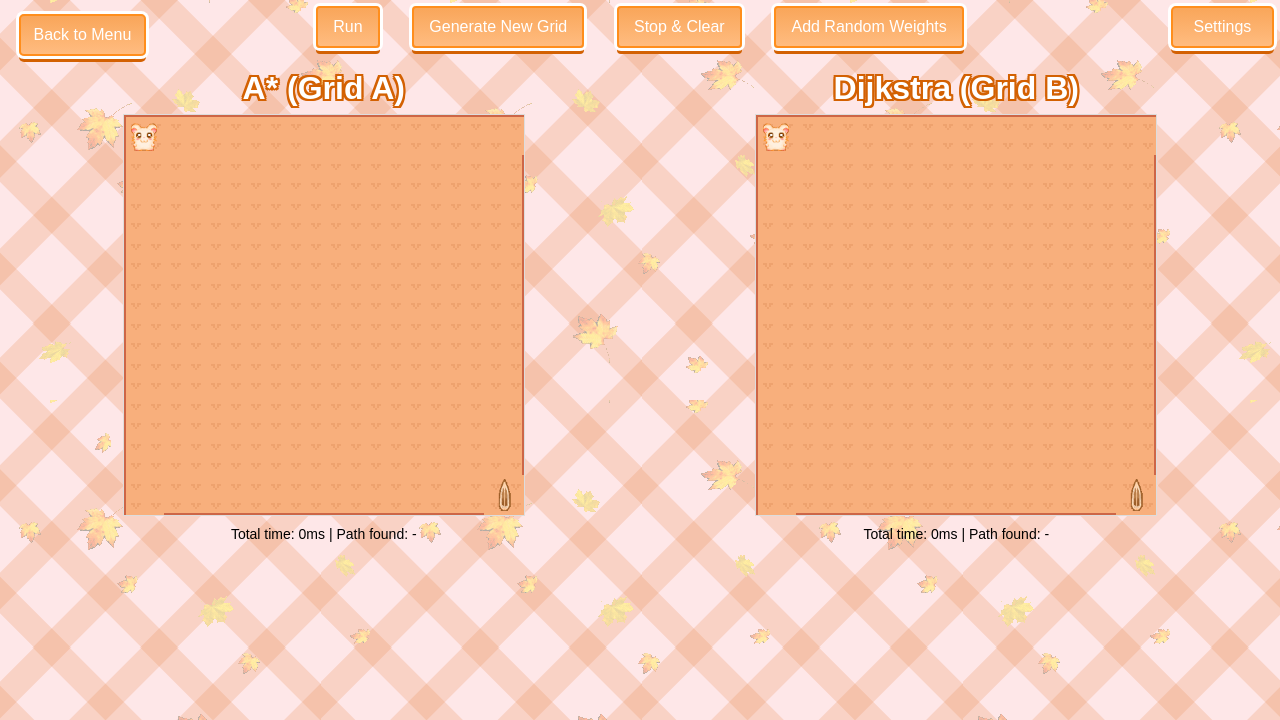
Repository: ramosfranz/Hamster-Crossing
Page: src/game.html
These files come from the project's save history. The page is drawn as it stood at one moment and after the next save; the edit follows.
The browser window is 1280 px wide. The pictures show the whole page.
Some web fonts or font styles are not loaded; a fallback is used.

Above is the page before, as saved 2025-05-14 20:30:56.

### src/game.html
<!DOCTYPE html>
<html lang="en">
<head>
    <meta charset="UTF-8">
    <meta name="viewport" content="width=device-width, initial-scale=1.0">
    <link rel="preconnect" href="https://fonts.googleapis.com">
    <link rel="preconnect" href="https://fonts.gstatic.com" crossorigin>
    <link href="https://fonts.googleapis.com/css2?family=Jersey+10+Charted&family=Jersey+20&family=Jersey+25+Charted&display=swap" rel="stylesheet">
    <title>Hamster Crossing</title>
    <link rel="icon" type="image/x-icon" href="assets/images/favicon.ico">
    <link rel="stylesheet" href="styles/gameStyle.css">
</head>
<body>
    <div class="header-buttons">
        <a class="pixelButton" id="backButton" href="hamsterMenu.html">Back to Menu</a>
        <button class="pixelButton" id="settingsButton">Settings</button>
    </div>

    <!-- Settings Popup -->
    <div id="settingsPopup" class="popup">
        <div class="popup-content">
            <span class="close-popup">&times;</span>
            <h3>Settings</h3>

            <div class="setting-item">
                <label for="volumeSlider">Adjust Volume:</label>
                <input type="range" id="volumeSlider" min="0" max="100" value="50" class="theme-slider">
            </div>


            <div class="setting-item">
                <label>Number of Grids: <span class="grid-count-value">2</span></label>
                <div class="grid-count-container">
                    <input type="range" id="gridCount" min="1" max="5" value="2" class="theme-slider">
                </div>
            </div>

            <div id="gridSettings">
                <!-- Grid settings will be added here dynamically -->
            </div>

            <button class="pixelButton" id="applySettings">Apply Settings</button>
        </div>
    </div>
    <div id="controls">
        <button class="pixelButton" id="runButton">Run</button>
        <button class="pixelButton" id="generateButton">Generate New Grid</button>
        <button class="pixelButton" id="clearButton">Stop & Clear</button>
        <button class="pixelButton" id="addWeightsButton">Add Random Weights</button>
    </div>

    <button id="stopButton">Stop and Clear Searching</button>

    <div id="grids-container">
        <!-- Grids will be added here dynamically -->
    </div>

    <script type="module" src="js/app.js"></script>
</body>
</html>

### src/styles/gameStyle.css
:root {
    --outline: #ff8e1c;
    --shadow: #d36102;
    --gradient: linear-gradient(to bottom, #f9a65a, #ffbc80);
    --hover-gradient: linear-gradient(to bottom, #ffa9b8, #ff605f);
    --hover-outline:#ff1a14;
    --button-bg: var(--gradient);
    --button-hover-bg: var(--hover-gradient);
    --box-shadow: 0 0 0 3px white, 0 6px var(--shadow);
    --btn-radius: 4px;
    --font-family: "Jersey 20", sans-serif;
    --text-color: white;
}

html, body {
    font-family: "Jersey 20", sans-serif;
    margin: 0;
    padding: 0;
    height: 100%;
    scroll-behavior: smooth;
    background-image:  url(../assets/images/backgrounds/bg_hamu.png);
    background-size: auto, auto, 20%;
    background-repeat: auto, auto, space;
    image-rendering: pixelated;
}


.pixelButton {
    /* Remove fixed width and adjust padding */
    display: inline-block;  /* Changed from default button display */
    font-size: 1rem;
    color: var(--text-color);
    border-radius: var(--btn-radius);
    border: 2px solid var(--outline);
    background: var(--button-bg);
    box-shadow: var(--box-shadow);
    cursor: pointer;
    text-align: center;
    font-family: var(--font-family);
    white-space: nowrap;   /* Prevents text from wrapping */
    transition: transform 0.1s ease, box-shadow 0.1s ease;
    image-rendering: pixelated;
    margin: 0.5%;
    /* Remove width: 100% */
}

.pixelButton:hover {
    background: linear-gradient(to bottom, #ffa9b8, #ff605f);
    border-color: #ff1a14;
}

.pixelButton:active {
    transform: translateY(4px);
    box-shadow: 0 0 #000;
}

h3 {
   margin: 0 auto;
    padding-bottom: 1.9%;
    font-size: 2rem;
    text-align: center;
    text-shadow:
        -2px -2px 0 var(--shadow),
        2px -2px 0 var(--shadow),
        -2px 2px 0 var(--shadow),
        2px 2px 0 var(--shadow),
        0px -2px 0 var(--shadow),
        0px 2px 0 var(--shadow),
        -2px 0px 0 var(--shadow),
        2px 0px 0 var(--shadow);
    color: white;
}

#controls {
    display: flex;
    justify-content: center;
    gap: 20px;
    flex-wrap: wrap;
}
#grids-container {
    display: flex;
    flex-wrap: wrap;
    justify-content: center;
    gap: 20px;
}
.canvas-container {
    display: flex;
    flex-direction: column;
    align-items: center;
    position: relative;
}
.timer {
    margin-top: 10px;
    font-size: 14px;
    text-align: center;
}
#warning {
    color: red;
    font-weight: bold;
    margin: 10px 0;
    text-align: center;
}
#stopButton {
    display: none;
    padding: 10px;
    background-color: red;
    color: white;
    border: none;
    cursor: pointer;
    border-radius: 5px;
    margin: 0 auto;
}
#backButton {
    width: 8%;
    position: fixed;
    left: 1%;
    top: 1%;
    padding: 10px;
    cursor: pointer;
    text-decoration: none;
    font-size: 16px;
    border-radius: 5px;
}

#settingsButton {
    position: fixed;
    width: 8%;
    right: -0%;
    padding: 10px;
    border-radius: 5px;
    cursor: pointer;
    font-size: 16px;
}

button {
    padding: 10px 15px;
    background-color: #4CAF50;
    color: white;
    border: none;
    border-radius: 4px;
    cursor: pointer;
    font-size: 16px;
}
button:hover {
    background-color: #45a049;
}
button:disabled {
    background-color: #cccccc;
    cursor: not-allowed;
}
.weight {
    position: absolute;
    font-size: 10px;
    font-weight: bold;
    color: black;
    pointer-events: none;
}

.header-buttons {
    display: flex;
    justify-content: space-between;
}


.popup {
    display: none;
    position: fixed;
    top: 0;
    left: 0;
    width: 100%;
    height: 100%;
    background-color: rgba(0,0,0,0.5);
    z-index: 1000;
}

.popup-content {
    background-color:#fff9e6;
    border: 4px solid var(--outline);
    border-radius: 10px;
    margin: 10% auto;
    padding: 20px;
    width: 50%;
    max-width: 500px;
    border-radius: 8px;
    position: relative;
}

.close-popup {
    position: absolute;
    top: 10px;
    right: 20px;
    font-size: 24px;
    cursor: pointer;
}

.setting-item {
    margin: 15px 0;
}

#volumeSlider {
    width: 95%;
}

.theme-slider {
  -webkit-appearance: none;
  width: 100%;
  height: 8px;
  background: rgba(255, 255, 255, 0.2);
  border-radius: 4px;
  outline: none;
  margin: 10px 0;
}

.theme-slider::-webkit-slider-thumb {
  -webkit-appearance: none;
  width: 20px;
  height: 20px;
  background: var(--outline);
  border-radius: 50%;
  cursor: pointer;
  border: 2px solid white;
  transition: all 0.2s ease;
}

.theme-slider::-webkit-slider-thumb:hover {
  transform: scale(1.1);
  box-shadow: 0 0 5px var(--hover-outline);
}

.theme-slider::-webkit-slider-runnable-track {
  background: var(--gradient);
  border-radius: 4px;
}

/* Firefox support */
.theme-slider::-moz-range-thumb {
  background: var(--outline);
  border-radius: 50%;
  cursor: pointer;
  border: 2px solid white;
}

.theme-slider::-moz-range-track {
  height: 8px;
  background: rgba(255, 255, 255, 0.2);
  border-radius: 4px;
}

.theme-slider::-moz-range-progress {
  height: 8px;
  background: var(--gradient);
  border-radius: 4px;
}

.setting-item label {
    display: block;
    margin-bottom: 5px;
    font-weight: bold;
}

.setting-item input[type="range"],
.setting-item select,
.setting-item input[type="number"] {
    width: 100%;
    padding: 8px;
    border: 1px solid #ddd;
    border-radius: 4px;
}

#applySettings {
    margin-top: 20px;
    padding: 10px 15px;
    background-color: #4CAF50;
    color: white;
    border: none;
    border-radius: 4px;
    cursor: pointer;
    width: 100%;
}

#applySettings:hover {
    background-color: #45a049;
}

.grid-algorithm-select {
    margin-top: 10px;
}


.popup-content {
    width: 90%;
    max-width: 400px;
    margin: 5% auto;
    padding: 15px;
}

label {
    color: var(--outline);
    size: 2rem;
}

#gridCount {
    width: 100%;
    margin-top: 5px;
}

.grid-count-container {
    display: flex;
    align-items: center;
    gap: 10px;
}

.grid-count-value {
    font-weight: bold;
}

#grids-container {
    display: grid;
    grid-template-columns: repeat(auto-fit, minmax(200px, 1fr));
    gap: 15px;
    padding: 15px;
    width: 100%;
    box-sizing: border-box;
    justify-content: center;
}

/* Grid selection layout */
.grid-selection-row {
    display: flex;
    gap: 15px;
    margin-bottom: 15px;
}

.grid-selection-item {
    flex: 1;
    min-width: 120px;
}

.grid-selection-item.disabled {
    opacity: 0.6;
    pointer-events: none;
}

.grid-selection-item label {
    display: block;
    margin-bottom: 5px;
}

.grid-selection-item select {
    width: 100%;
    padding: 6px;
    border: 1px solid #ddd;
    border-radius: 4px;
    background: white;
}

.grid-selection-item.disabled select {
    background: #f5f5f5;
}

.canvas-container {
    position: relative;
    width: 100%;
    max-width: 400px;
    margin: 0 auto;
}


.canvas-container canvas {
    width: 100%;
    height: auto;
    aspect-ratio: 1;
    border: 1px solid #ddd;
}

@media (max-width: 600px) {
    #grids-container {
        grid-template-columns: 1fr;
    }

    .popup-content {
        width: 90%;
        margin: 20px auto;
    }
}

@media (min-width: 601px) and (max-width: 1200px) {
    #grids-container {
        grid-template-columns: repeat(auto-fit, minmax(250px, 1fr));
    }
}

### src/js/app.js
import { initializeGrid } from './manager/gridManager.js';
import { setupEventListeners, renderGrids } from './manager/domManager.js';
import { setupSettingsEventListeners } from './popup/settingsPopUp.js';
import { drawGrid, initializeVisualizer } from './animation/visualizer.js';
import { loadSeedImages, startSeedAnimation } from './animation/seedAnimation.js';
import { settings } from './manager/stateManager.js';
import audioManager from './manager/audioManager.js';

export function init() {
     settings.load();
    loadSeedImages(() => {
        startSeedAnimation();
    });
    setupSettingsEventListeners();
    setupEventListeners();
    initializeGrid();
    initializeVisualizer();
    renderGrids();
    drawGrid();


    window.addEventListener('resize', () => {
        drawGrid();
    });
}

document.addEventListener('DOMContentLoaded', init);

### src/js/manager/gridManager.js
import { drawGrid } from '../animation/visualizer.js';

export const rows = 10;
export const cols = 10;
export const start = { x: 0, y: 0 };
let grid = [];
let goal = { x: cols - 1, y: rows - 1 };

export function getGrid() { return grid; }
export function getGoal() { return goal; }
export function getStart() { return start; }

export function setGoal(newGoal) {
    // Clear old goal cell
    const oldGoal = goal;
    grid[oldGoal.y][oldGoal.x] = {
        ...grid[oldGoal.y][oldGoal.x],
        wall: false,
        weight: 1
    };

    // Set new goal
    goal = newGoal;

    // Update new goal cell
    grid[newGoal.y][newGoal.x] = {
        ...grid[newGoal.y][newGoal.x],
        wall: false,
        weight: 1
    };
}


export function initializeGrid() {
    grid = [];
    for (let y = 0; y < rows; y++) {
        const row = [];
        for (let x = 0; x < cols; x++) {
            row.push({ wall: false, weight: 1, x, y });
        }
        grid.push(row);
    }
    resetSpecialCells();
    drawGrid();
}

function resetSpecialCells() {
    grid[start.y][start.x] = { ...grid[start.y][start.x], wall: false, weight: 1 };
    grid[goal.y][goal.x] = { ...grid[goal.y][goal.x], wall: false, weight: 1 };
}

export function generateRandomGrid() {
    grid = [];
    for (let y = 0; y < rows; y++) {
        const row = [];
        for (let x = 0; x < cols; x++) {
            row.push({ wall: Math.random() < 0.2, weight: 1, x, y });
        }
        grid.push(row);
    }
    placeRandomGoal();
    resetSpecialCells();
    drawGrid();
}

function placeRandomGoal() {
    let goalPlaced = false;
    while (!goalPlaced) {
        const randomX = Math.floor(Math.random() * cols);
        const randomY = Math.floor(Math.random() * rows);
        if ((randomX !== start.x || randomY !== start.y) && !grid[randomY][randomX].wall) {
            goal = { x: randomX, y: randomY };
            goalPlaced = true;
        }
    }
}

export function addRandomWeights() {
    for (let y = 0; y < rows; y++) {
        for (let x = 0; x < cols; x++) {
            if ((x === start.x && y === start.y) || (x === goal.x && y === goal.y) || grid[y][x].wall) continue;
            grid[y][x].weight = Math.floor(Math.random() * 5) + 1;
        }
    }
    drawGrid();
}

### src/js/manager/stateManager.js
export const settings = {
    volume: 50,
    hamster: 'hamster1',
    gridCount: 2,
    gridAlgorithms: ['aStar', 'dijkstra'],

    save() {
        const { volume, hamster, gridCount, gridAlgorithms } = this;
        localStorage.setItem('userSettings', JSON.stringify({ volume, hamster, gridCount, gridAlgorithms }));
    },

    load() {
        const saved = JSON.parse(localStorage.getItem('userSettings'));
        if (saved) {
            this.volume = saved.volume ?? this.volume;
        }
    }
};

export let searchInProgress = false;
export const timers = {};

export function setSearchInProgress(value) {
    searchInProgress = value;
}

export function resetTimers() {
    for (const key in timers) {
        timers[key].textContent = "Total time: 0ms | Path found: -";
    }
}

### src/js/algorithms/dijkstra.js
import { heuristic, getNeighbors, sleep } from './utils.js';
import { getGrid, rows, cols, start, getGoal } from '../manager/gridManager.js';
import { drawPathWithHead } from '../animation/visualizer.js';

export async function animateDijkstra(ctx, timerElement) {
    const grid = getGrid();
    const goal = getGoal();
    const canvas = ctx.canvas;
    const cellSize = canvas.width / cols;
    const neighbors = getNeighbors(grid, cols, rows);
    const waitSecondsSearch = 100;

    const openSet = [start];
    const cameFrom = {};
    const dist = Array(rows).fill().map(() => Array(cols).fill(Infinity));
    dist[start.y][start.x] = 0;

    const startTime = performance.now();
    let pathFoundTime = null;

    while (openSet.length > 0) {
        openSet.sort((a, b) => dist[a.y][a.x] - dist[b.y][b.x]);
        const current = openSet.shift();

        if (current.x === goal.x && current.y === goal.y) {
            pathFoundTime = performance.now() - startTime;
            timerElement.textContent = `Total time: ${Math.round(performance.now() - startTime)}ms | Path found: Yes`;
            await drawPathWithHead(ctx, cameFrom, current, "orange", "red");
            return;
        }

        ctx.fillStyle = "rgba(240, 128, 128, 0.5)";
        ctx.fillRect(current.x * cellSize, current.y * cellSize, cellSize, cellSize);
        await sleep(waitSecondsSearch);

        for (const neighbor of neighbors(current)) {
            const newDist = dist[current.y][current.x] + grid[neighbor.y][neighbor.x].weight;
            if (newDist < dist[neighbor.y][neighbor.x]) {
                cameFrom[`${neighbor.x},${neighbor.y}`] = current;
                dist[neighbor.y][neighbor.x] = newDist;

                if (!openSet.some(n => n.x === neighbor.x && n.y === neighbor.y)) {
                    openSet.push(neighbor);
                }
            }
        }

        timerElement.textContent = `Total time: ${Math.round(performance.now() - startTime)}ms | Path found: ${
            pathFoundTime ? Math.round(pathFoundTime) + "ms" : "searching..."
        }`;
    }

    timerElement.textContent = `Total time: ${Math.round(performance.now() - startTime)}ms | Path found: No path`;
}

### src/js/algorithms/bfs.js
import { heuristic, getNeighbors, sleep } from './utils.js';
import { getGrid, rows, cols, start, getGoal } from '../manager/gridManager.js';
import { drawPathWithHead } from '../animation/visualizer.js';

export async function animateBFS(ctx, timerElement) {
    const grid = getGrid();
    const goal = getGoal();
    const canvas = ctx.canvas;
    const cellSize = canvas.width / cols;
    const neighbors = getNeighbors(grid, cols, rows);
    const waitSecondsSearch = 100;

    const queue = [start];
    const cameFrom = {};
    const visited = Array(rows).fill().map(() => Array(cols).fill(false));
    visited[start.y][start.x] = true;

    const startTime = performance.now();
    let pathFoundTime = null;

    while (queue.length > 0) {
        const current = queue.shift();

        if (current.x === goal.x && current.y === goal.y) {
            pathFoundTime = performance.now() - startTime;
            timerElement.textContent = `Total time: ${Math.round(performance.now() - startTime)}ms | Path found: Yes`;
            await drawPathWithHead(ctx, cameFrom, current, "lightblue", "blue");
            return;
        }

        ctx.fillStyle = "rgba(173, 216, 230, 0.5)";
        ctx.fillRect(current.x * cellSize, current.y * cellSize, cellSize, cellSize);
        await sleep(waitSecondsSearch);

        for (const neighbor of neighbors(current)) {
            if (!visited[neighbor.y][neighbor.x]) {
                visited[neighbor.y][neighbor.x] = true;
                cameFrom[`${neighbor.x},${neighbor.y}`] = current;
                queue.push(neighbor);
            }
        }

        timerElement.textContent = `Total time: ${Math.round(performance.now() - startTime)}ms | Path found: ${
            pathFoundTime ? Math.round(pathFoundTime) + "ms" : "searching..."
        }`;
    }

    timerElement.textContent = `Total time: ${Math.round(performance.now() - startTime)}ms | Path found: No path`;
}

### src/js/algorithms/dfs.js
import { heuristic, getNeighbors, sleep } from './utils.js';
import { getGrid, rows, cols, start, getGoal } from '../manager/gridManager.js';
import { drawPathWithHead } from '../animation/visualizer.js';

export async function animateDFS(ctx, timerElement) {
    const grid = getGrid();
    const goal = getGoal();
    const canvas = ctx.canvas;
    const cellSize = canvas.width / cols;
    const neighbors = getNeighbors(grid, cols, rows);
    const waitSecondsSearch = 100;

    const stack = [start];
    const cameFrom = {};
    const visited = Array(rows).fill().map(() => Array(cols).fill(false));
    visited[start.y][start.x] = true;

    const startTime = performance.now();
    let pathFoundTime = null;

    while (stack.length > 0) {
        const current = stack.pop();

        if (current.x === goal.x && current.y === goal.y) {
            pathFoundTime = performance.now() - startTime;
            timerElement.textContent = `Total time: ${Math.round(performance.now() - startTime)}ms | Path found: Yes`;
            await drawPathWithHead(ctx, cameFrom, current, "red", "purple");
            return;
        }

        ctx.fillStyle = "rgba(255, 0, 0, 0.5)";
        ctx.fillRect(current.x * cellSize, current.y * cellSize, cellSize, cellSize);
        await sleep(waitSecondsSearch);

        for (const neighbor of neighbors(current)) {
            if (!visited[neighbor.y][neighbor.x]) {
                visited[neighbor.y][neighbor.x] = true;
                cameFrom[`${neighbor.x},${neighbor.y}`] = current;
                stack.push(neighbor);
            }
        }

        timerElement.textContent = `Total time: ${Math.round(performance.now() - startTime)}ms | Path found: ${
            pathFoundTime ? Math.round(pathFoundTime) + "ms" : "searching..."
        }`;
    }

    timerElement.textContent = `Total time: ${Math.round(performance.now() - startTime)}ms | Path found: No path`;
}

### src/js/algorithms/utils.js
export const sleep = (ms) => new Promise(resolve => setTimeout(resolve, ms));

export const heuristic = (a, b) => Math.abs(a.x - b.x) + Math.abs(a.y - b.y);

export const getNeighbors = (grid, cols, rows) => ({ x, y }) => {
    const neighbors = [];
    if (x > 0 && !grid[y][x - 1].wall) neighbors.push(grid[y][x - 1]);
    if (x < cols - 1 && !grid[y][x + 1].wall) neighbors.push(grid[y][x + 1]);
    if (y > 0 && !grid[y - 1][x].wall) neighbors.push(grid[y - 1][x]);
    if (y < rows - 1 && !grid[y + 1][x].wall) neighbors.push(grid[y + 1][x]);
    return neighbors;
};

Loaded but not shown: src/js/animation/visualizer.js (319 lines, source omitted); src/js/manager/domManager.js (258 lines, source omitted); src/js/manager/themeManager.js (175 lines, source omitted); src/js/popup/settingsPopUp.js (165 lines, source omitted); src/js/animation/seedAnimation.js (152 lines, source omitted); src/js/manager/audioManager.js (118 lines, source omitted); src/js/algorithms/bellmanFord.js (72 lines, source omitted); src/js/algorithms/aStar.js (57 lines, source omitted)

After the next save:
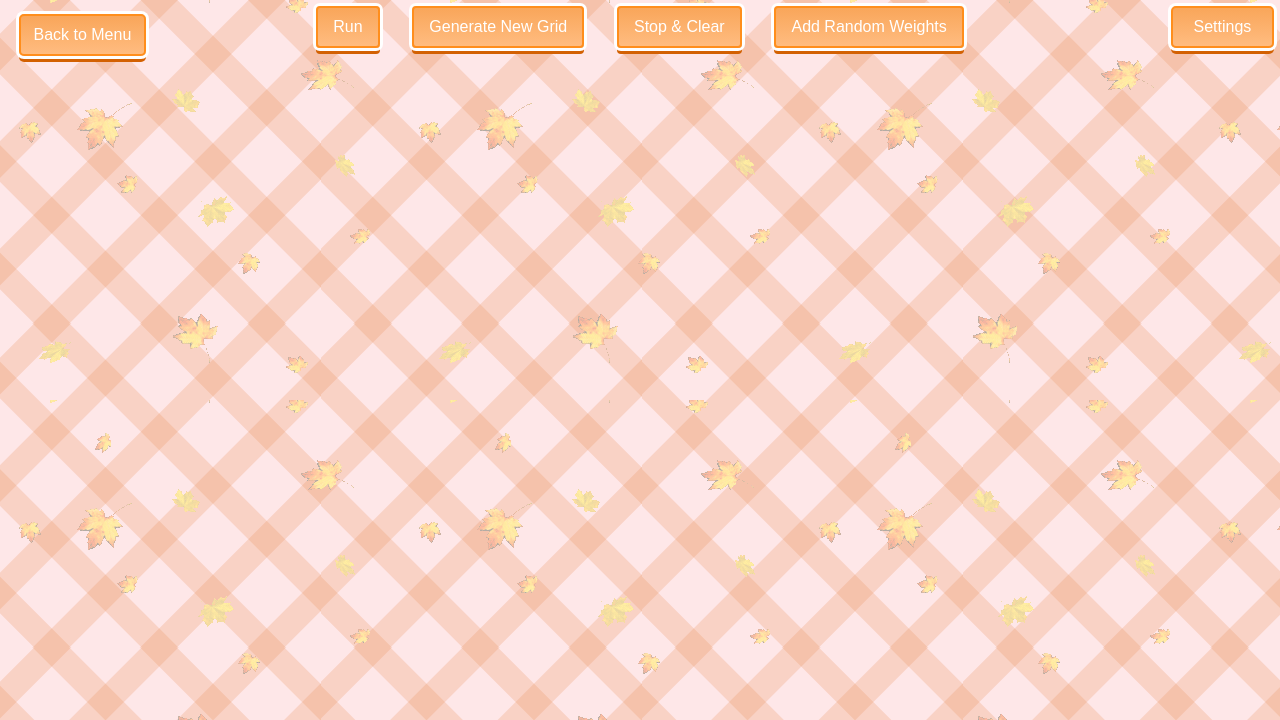
Console error: TypeError: settings.load is not a function
Saved 80 s later.
--- a/src/js/manager/stateManager.js
+++ b/src/js/manager/stateManager.js
@@ -2,19 +2,7 @@ export const settings = {
     volume: 50,
     hamster: 'hamster1',
     gridCount: 2,
-    gridAlgorithms: ['aStar', 'dijkstra'],
-
-    save() {
-        const { volume, hamster, gridCount, gridAlgorithms } = this;
-        localStorage.setItem('userSettings', JSON.stringify({ volume, hamster, gridCount, gridAlgorithms }));
-    },
-
-    load() {
-        const saved = JSON.parse(localStorage.getItem('userSettings'));
-        if (saved) {
-            this.volume = saved.volume ?? this.volume;
-        }
-    }
+    gridAlgorithms: ['aStar', 'dijkstra']
 };
 
 export let searchInProgress = false;

After the save that followed:
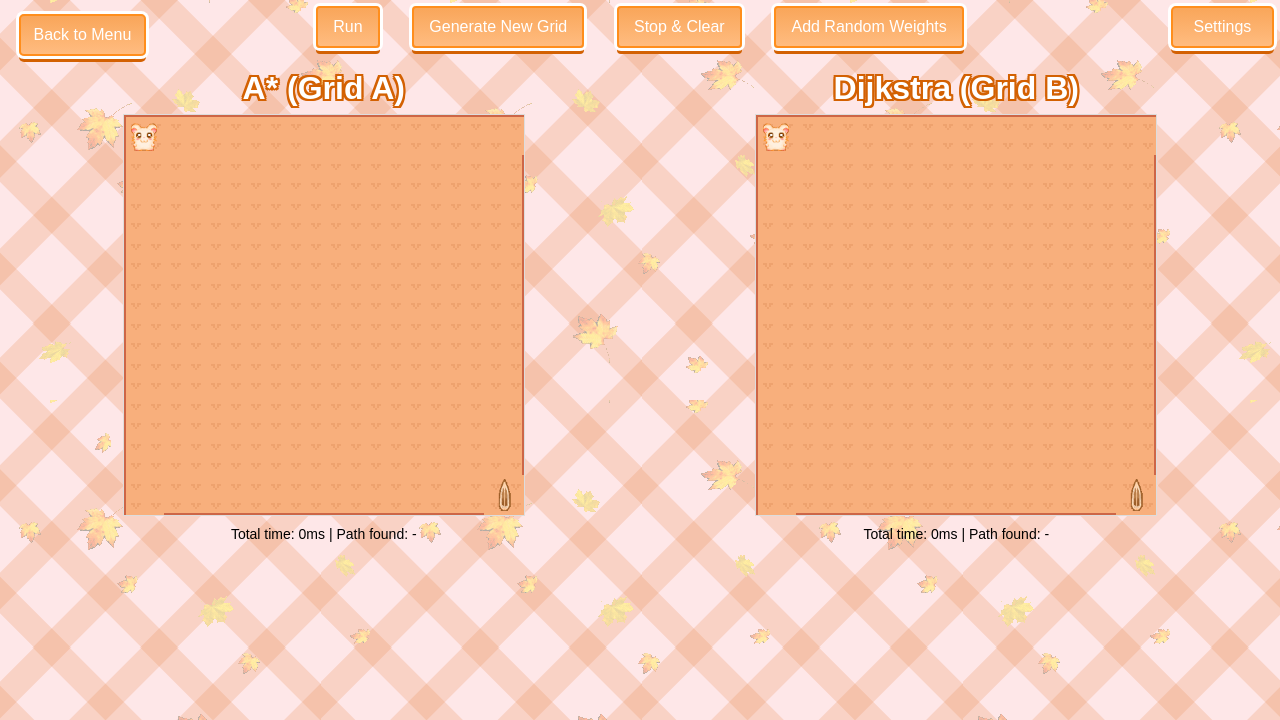
The error is gone.
Saved 30 s later.
--- a/src/js/app.js
+++ b/src/js/app.js
@@ -3,11 +3,8 @@ import { setupEventListeners, renderGrids } from './manager/domManager.js';
 import { setupSettingsEventListeners } from './popup/settingsPopUp.js';
 import { drawGrid, initializeVisualizer } from './animation/visualizer.js';
 import { loadSeedImages, startSeedAnimation } from './animation/seedAnimation.js';
-import { settings } from './manager/stateManager.js';
-import audioManager from './manager/audioManager.js';
 
 export function init() {
-     settings.load();
     loadSeedImages(() => {
         startSeedAnimation();
     });
